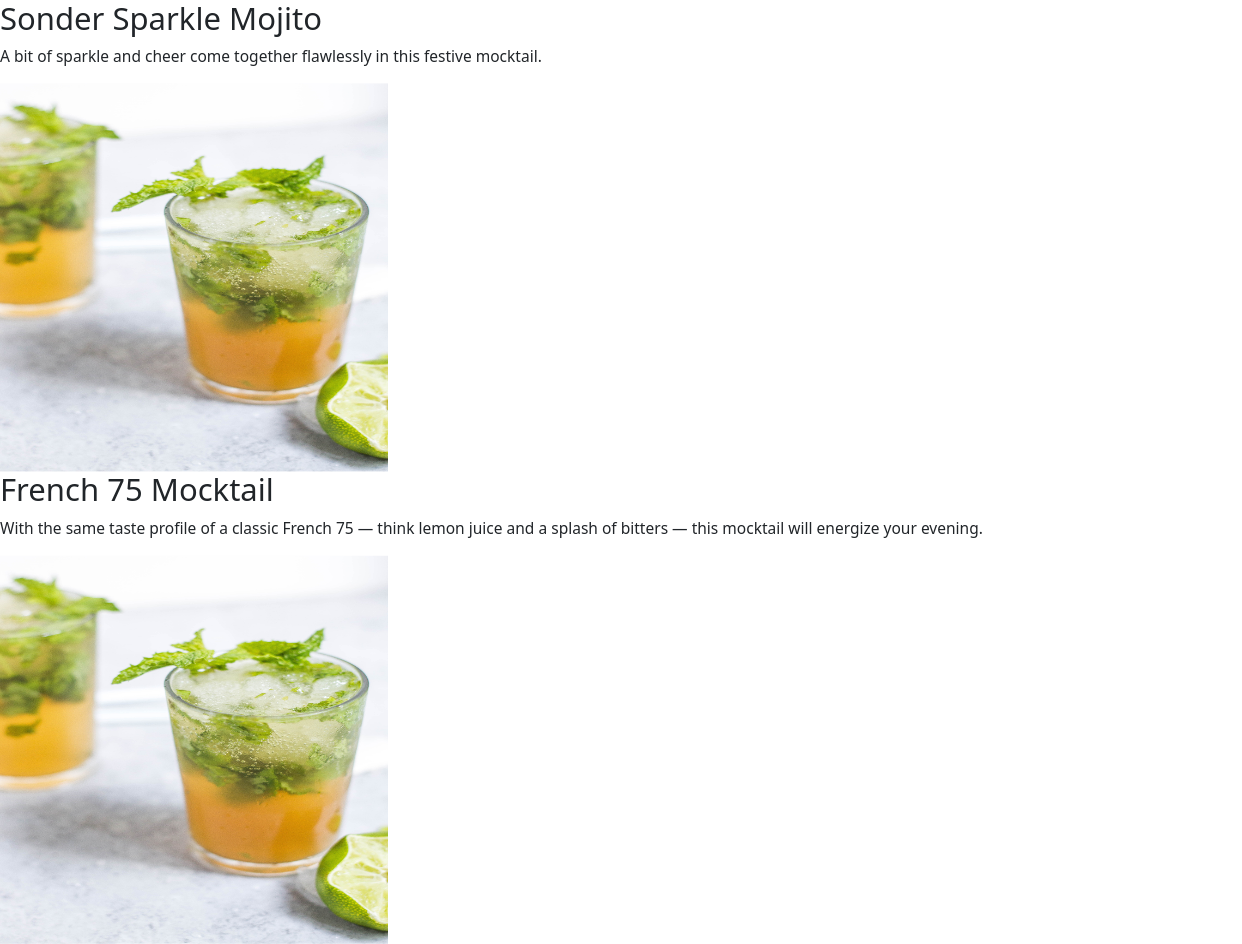
Repository: Flatbook/sliced_bread
Page: http://localhost/
An editor plug-in stored every save of this project. The page is shown before and after the next save, followed by the edit.
The browser window is 1280 px wide. The pictures show the whole page, at 97% of full size.
Some web libraries are served in a nearby version. The page is served by the project's application, run on Flask 3 (app.py).

Above is the page before, as saved 2021-05-15 23:06:06.

After the next save:
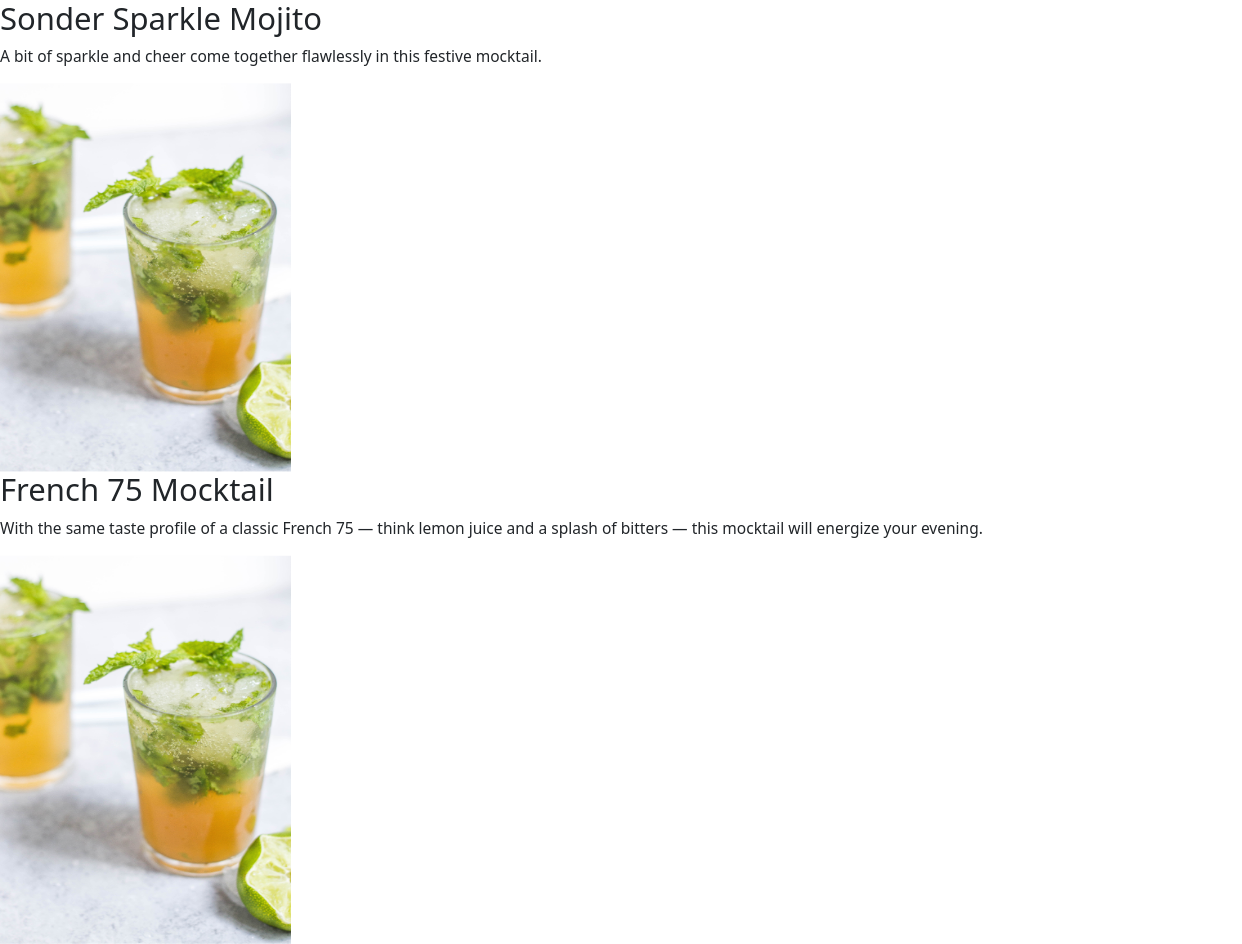
Saved 7 s later.
--- a/flask_project/templates/home.html
+++ b/flask_project/templates/home.html
@@ -3,6 +3,6 @@
     {% for drink in drinks %}
         <h2>{{drink.title}}</h2>
         <p>{{drink.description}}</p>
-        <img src="{{ user_image }}" width="400" height="400"/>
+        <img src="{{ user_image }}" width="300" height="400"/>
     {% endfor %}
 {% endblock %}
